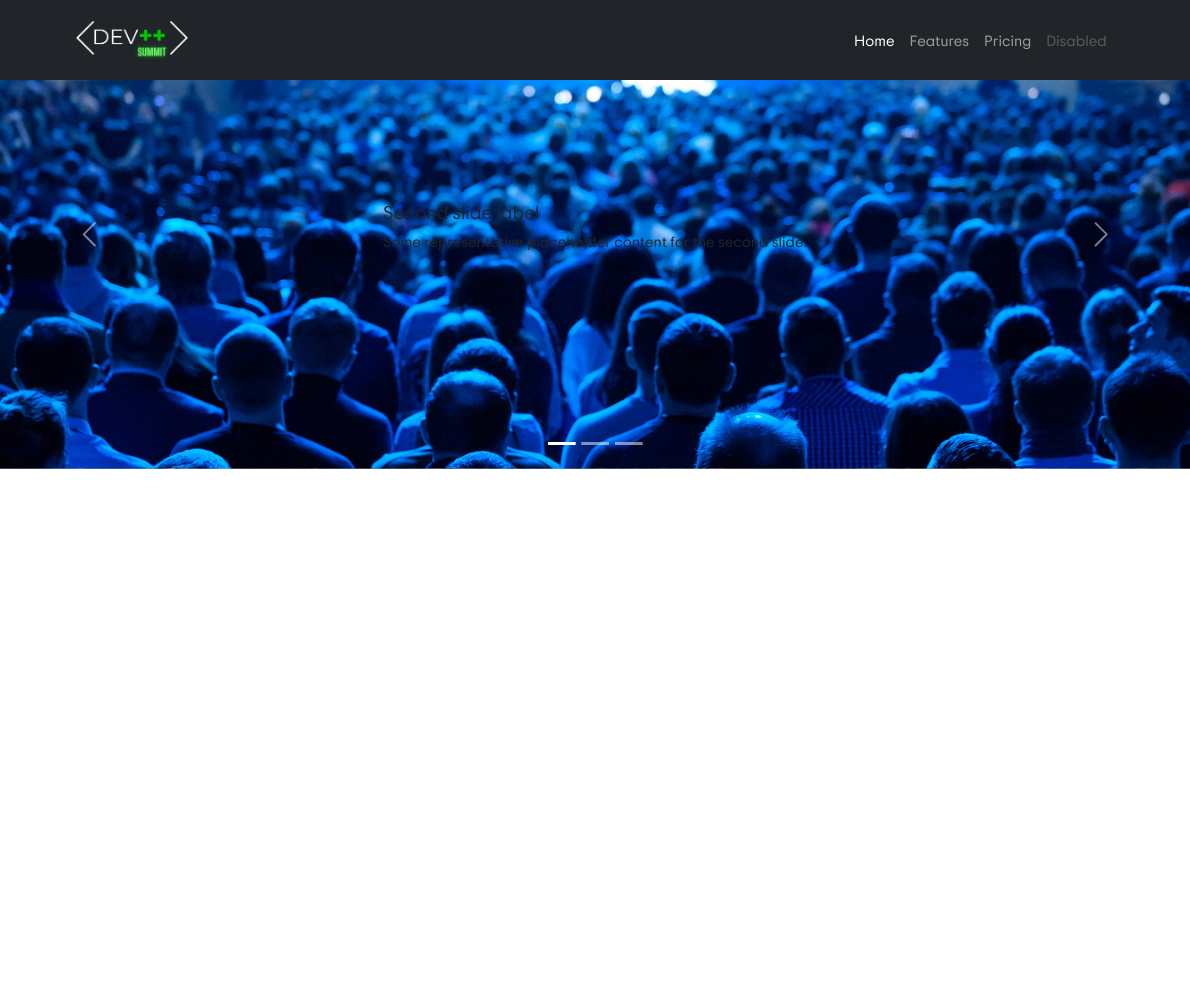
Repository: GScholl/ProjetoWeb_
Page: index.html
These files come from the project's save history. The page is drawn as it stood at one moment and after the next save; the edit follows.
The browser window is 1280 px wide. The pictures show the whole page, at 93% of full size.

Above is the page before, as saved 2023-08-23 09:26:47.

### index.html
<!DOCTYPE html>
<html lang="pt-BR">

<head>
  <meta charset="UTF-8">
  <meta name="viewport" content="width=device-width, initial-scale=1.0">
  <title>Dev+</title>
  <link rel="stylesheet" href="/Bootstrap/css/bootstrap.min.css">
  <link rel="stylesheet" href="/css/style.css">
</head>

<body>
  <nav class="navbar navbar-expand-lg fixed-top navbar-dark bg-dark t">
    <div class="container d-flex  flex-row  justify-content-between">


        <a class="navbar-brand" href="#"><img src="/img/DEV+.png" alt="logotipo da conferência" class="logo"></a>
        <button class="navbar-toggler" type="button" data-bs-toggle="collapse" data-bs-target="#navbarNav"
          aria-controls="navbarNav" aria-expanded="false" aria-label="Toggle navigation">
          <span class="navbar-toggler-icon"></span>
        </button>

      <div class="collapse navbar-collapse justify-content-end " id="navbarNav">
        <ul class="navbar-nav">
          <li class="nav-item">
            <a class="nav-link active" aria-current="page" href="#">Home</a>
          </li>
          <li class="nav-item">
            <a class="nav-link" href="#">Features</a>
          </li>
          <li class="nav-item">
            <a class="nav-link" href="#">Pricing</a>
          </li>
          <li class="nav-item">
            <a class="nav-link disabled">Disabled</a>
          </li>
        </ul>
      </div>

    </div>
  </nav>
<div id="carouselExampleCaptions" class="carousel slide" data-bs-ride="false">
  <div class="carousel-indicators">
    <button type="button" data-bs-target="#carouselExampleCaptions" data-bs-slide-to="0" class="active"
      aria-current="true" aria-label="Slide 1"></button>
    <button type="button" data-bs-target="#carouselExampleCaptions" data-bs-slide-to="1" aria-label="Slide 2"></button>
    <button type="button" data-bs-target="#carouselExampleCaptions" data-bs-slide-to="2" aria-label="Slide 3"></button>
  </div>

  <div class="carousel-inner">
    <div class="carousel-item active  item-1">

      <div class="carousel-caption d-none d-md-block">
        <h5>First slide label</h5>
        <p>Some representative placeholder content for the first slide.</p>
      </div>
    </div>
    <div class="carousel-item d-flex justify-content-center align-items-center item-2 ">

      <div class="">
        <h5>Second slide label</h5>
        <p>Some representative placeholder content for the second slide.</p>
      </div>
    </div>
    <div class="carousel-item item-3">

      <div class="carousel-caption d-none d-md-block">
        <h5>Third slide label</h5>
        <p>Some representative placeholder content for the third slide.</p>
      </div>
    </div>
  </div>
  <button class="carousel-control-prev" type="button" data-bs-target="#carouselExampleCaptions" data-bs-slide="prev">
    <span class="carousel-control-prev-icon" aria-hidden="true"></span>
    <span class="visually-hidden">Previous</span>
  </button>
  <button class="carousel-control-next" type="button" data-bs-target="#carouselExampleCaptions" data-bs-slide="next">
    <span class="carousel-control-next-icon" aria-hidden="true"></span>
    <span class="visually-hidden">Next</span>
  </button>
</div>
  <script src="/Bootstrap/js/bootstrap.bundle.min.js"></script>
</body>

</html>

### css/style.css
@font-face {
  font-family: "Trip-sans";
  src: url(/font/TripSans-Regular.ttf);
}
* {
  font-family: "Trip-sans", sans-serif;
  transition: 0.2s all;
}
body{
  height: 150vh;;
}
.logo {
  height: 60px;
}
.item-1 {
  background-image: url(/img/1.png);
  height: 70vh;
  background-position: center;
  background-size: cover;
 background-repeat: no-repeat;
}
.item-2 {
  background-image: url(/img/2.png);
  height: 70vh;
  background-position: center;
  background-size: cover;
  background-repeat: no-repeat;

}
.item-3 {
  background-image: url(/img/3.png);
  height: 70vh;
  background-position: center;
  background-size: cover;
  background-repeat: no-repeat;
}

Loaded but not shown: Bootstrap/css/bootstrap.min.css (library); Bootstrap/js/bootstrap.bundle.min.js (library)

After the next save:
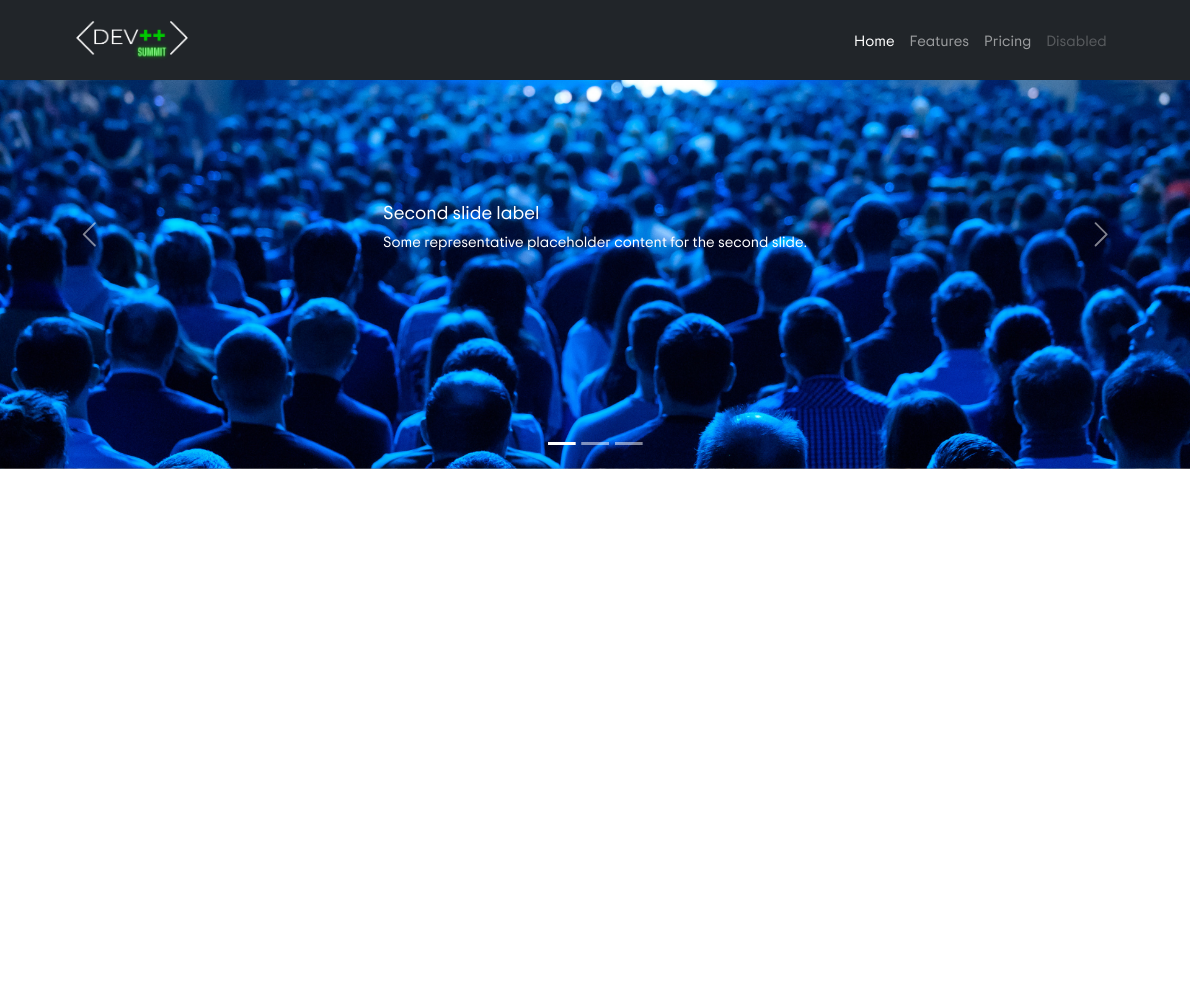
Saved 7 s later.
--- a/index.html
+++ b/index.html
@@ -57,7 +57,7 @@
     </div>
     <div class="carousel-item d-flex justify-content-center align-items-center item-2 ">
 
-      <div class="">
+      <div class="text-white">
         <h5>Second slide label</h5>
         <p>Some representative placeholder content for the second slide.</p>
       </div>
